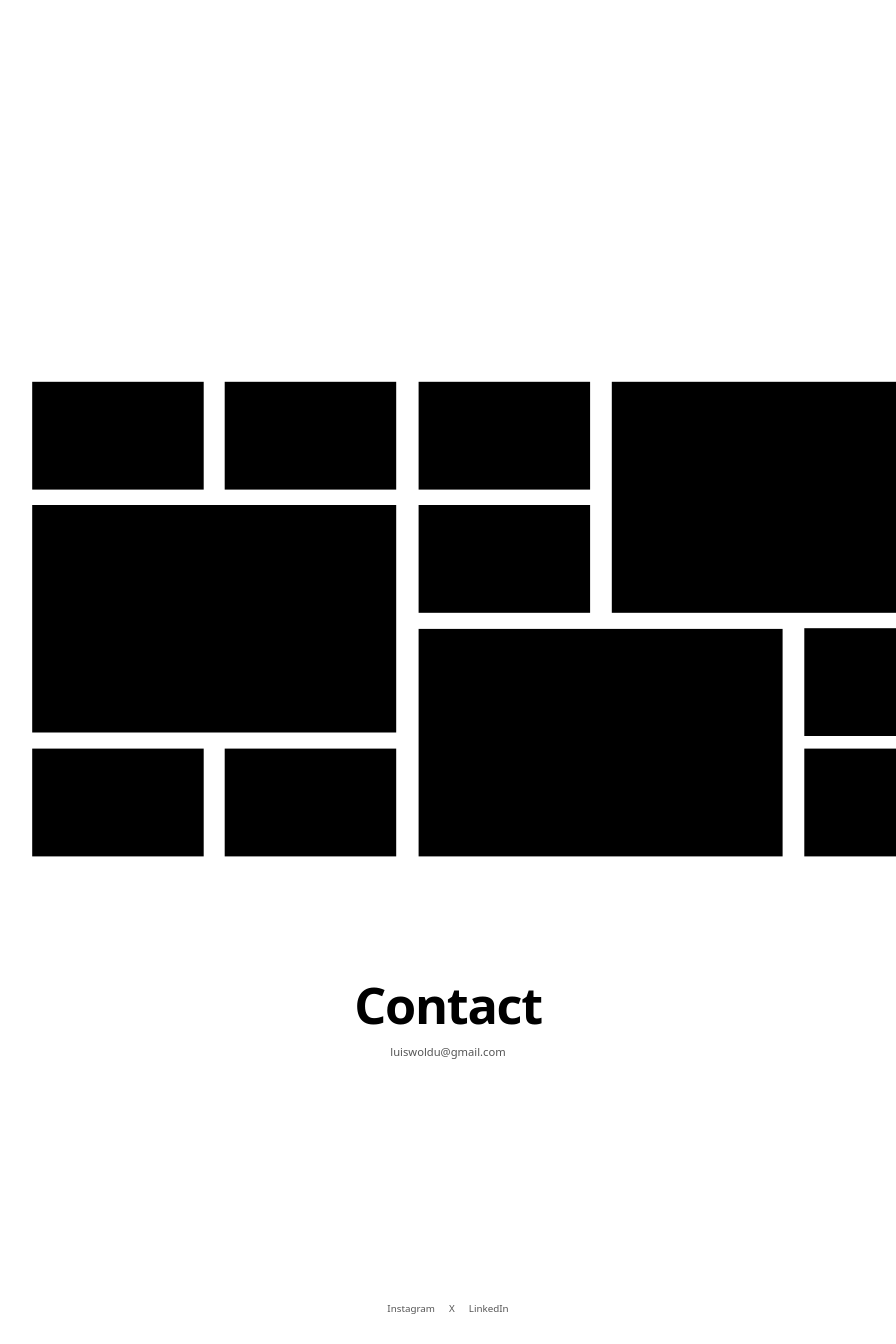
Repository: luiswoldu/personal
Page: /
These files come from the project's save history. The page is drawn as it stood at one moment and after the next save; the edit follows.
The browser window is 1280 px wide. The pictures show the part of the page from y = 918 to 2838 px (the page is 2838 px tall before and 2673 px after), at 70% of full size.
The project was rebuilt for these pictures with package versions that can differ from the ones it lists, and the page was loaded fresh each time. Also part of the build but not shown: vite.config.js.

Above is the page before, as saved 2025-01-08 22:28:56.

After the next save:
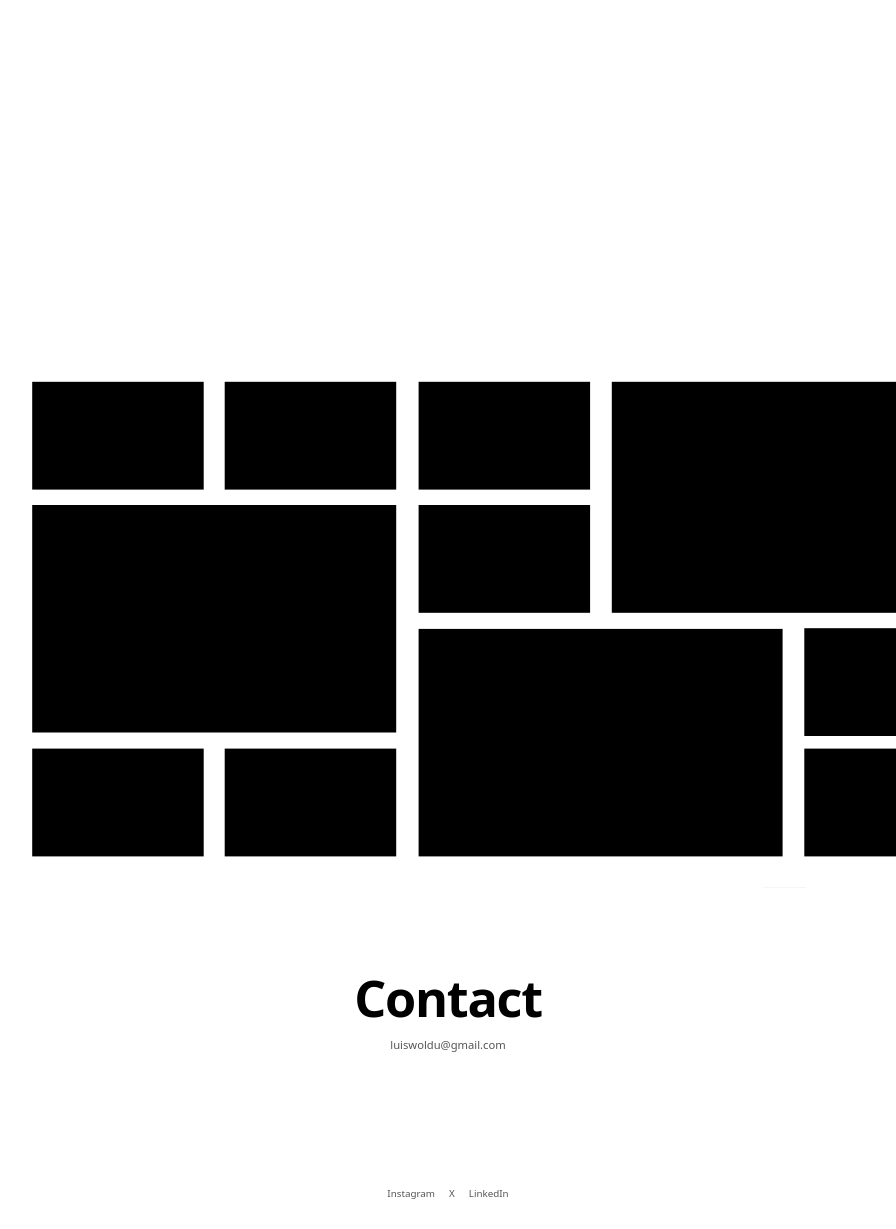
Saved 84 s later.
--- a/src/components/Contact.jsx
+++ b/src/components/Contact.jsx
@@ -20,15 +20,17 @@ const Contact = () => {
 
   return (
     <div
-  style={{
-    height: '550px',
-    backgroundColor: 'white',
-    position: 'relative',
-    zIndex: 1,
-    margin: 0,
-    padding: '130px 0 50px 0', // Reduced padding-bottom by 30% (from 40px to 28px)
-    width: '100%',
-  }}>
+    style={{
+      height: '385px',  // Reduced height by 30% from 550px
+      backgroundColor: 'white',
+      position: 'relative',
+      zIndex: 1,
+      margin: 0,
+      padding: '120px 0 28px 0', // Keep the 28px padding at the bottom
+      width: '100%',
+    }}
+  >
+
 
       <h1
         ref={titleRef}
